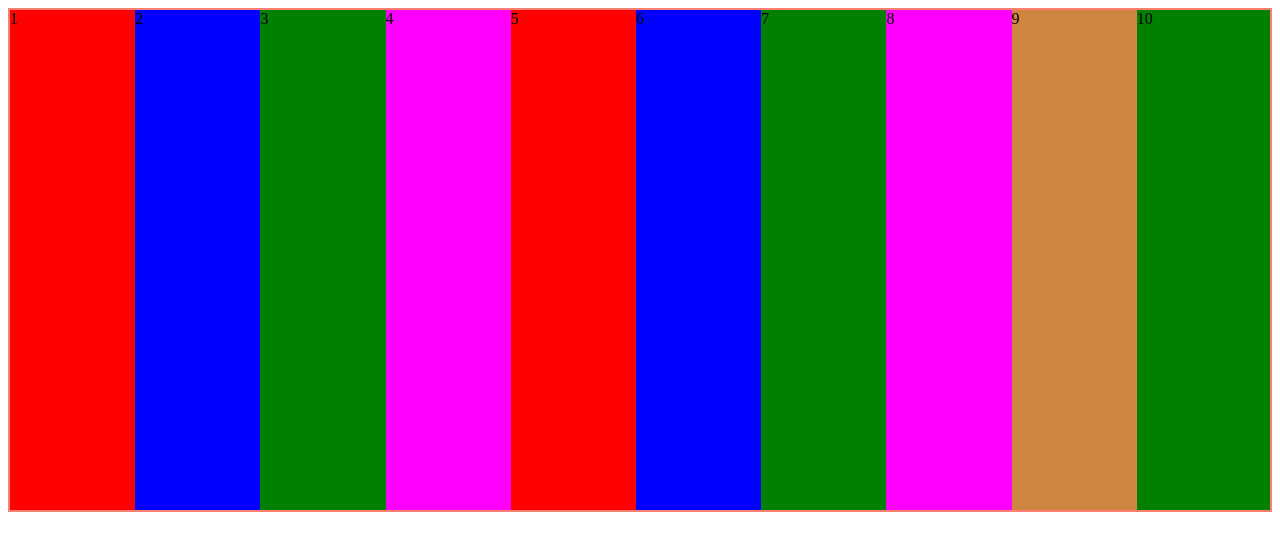
Repository: DinkarRavi/Dinkar_Coding
Page: 22aug24/grid.html
The author's editor kept a copy of each file at every save. The page is drawn from the files as they stood at one save, then again after the next save.
The browser window is 1280 px wide. The pictures show the whole page.

Above is the page before, as saved 2024-08-22 15:10:45.

### 22aug24/grid.html
<!DOCTYPE html>
<html lang="en">
<head>
    <meta charset="UTF-8">
    <meta name="viewport" content="width=device-width, initial-scale=1.0">
    <title>Document</title>
    <link rel="stylesheet" href="grid.css">
</head>
<body>

        <div id="parent">
        <div>1</div>
        <div>2</div>
        <div>3</div>
        <div>4</div>
        <div>5</div>
        <div>6</div>
        <div>7</div>
        <div>8</div>
        <div>9</div>
        <div>10</div>

    </div>
</body>
</html>

### 22aug24/grid.css


#parent{
border: 2px solid salmon;

height: 500px;
display: grid;
/* grid-template-columns: 200px 200px;
grid-template-rows: 200px 200px; */
/* grid-auto-rows: 50px;
grid-template-columns:100px;  */
grid-auto-flow: column;
}
div{
div:nth-child(1) {
  background: red;
}
div:nth-of-type(2) {
    background: blue;
  }
  div:nth-child(3) {
    background: green;
  }
  div:nth-child(4) {
    background: magenta;
  }
  div:nth-child(5) {
    background: red;
  }
  div:nth-of-type(6) {
      background: blue;
    }
    div:nth-child(7) {
      background: green;
    }
    div:nth-child(8) {
      background: magenta;
    }
    div:nth-child(9) {
        background:peru;
      }
      div:nth-child(10) {
        background: green;}
}

After the next save:
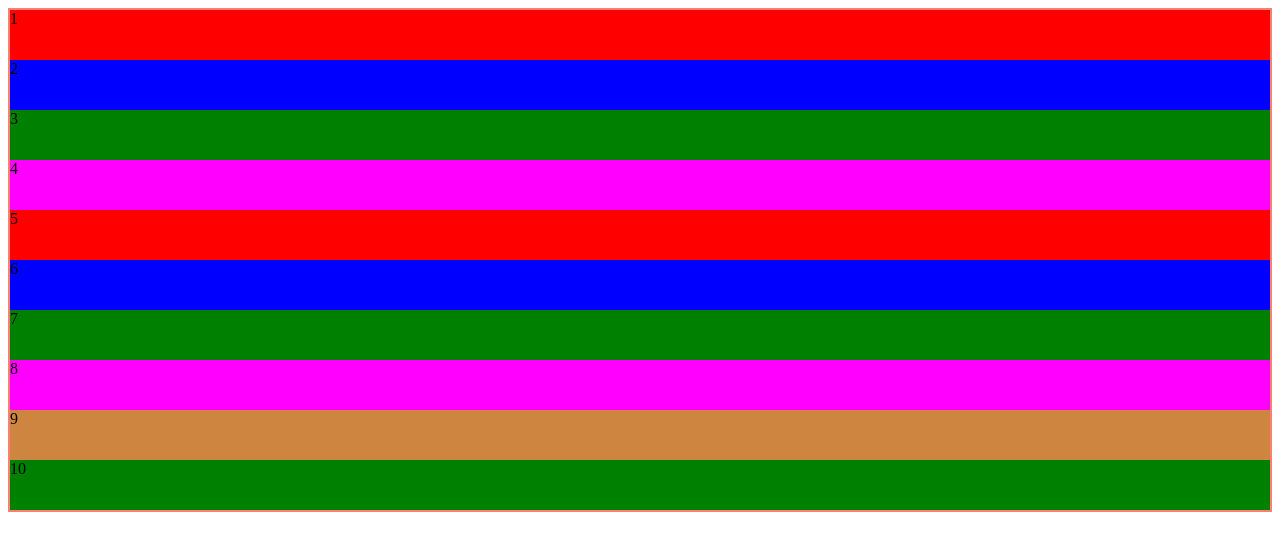
Saved 17 s later.
--- a/22aug24/grid.css
+++ b/22aug24/grid.css
@@ -9,7 +9,7 @@
 grid-template-rows: 200px 200px; */
 /* grid-auto-rows: 50px;
 grid-template-columns:100px;  */
-grid-auto-flow: column;
+grid-auto-flow: row;
 }
 div{
 div:nth-child(1) {
